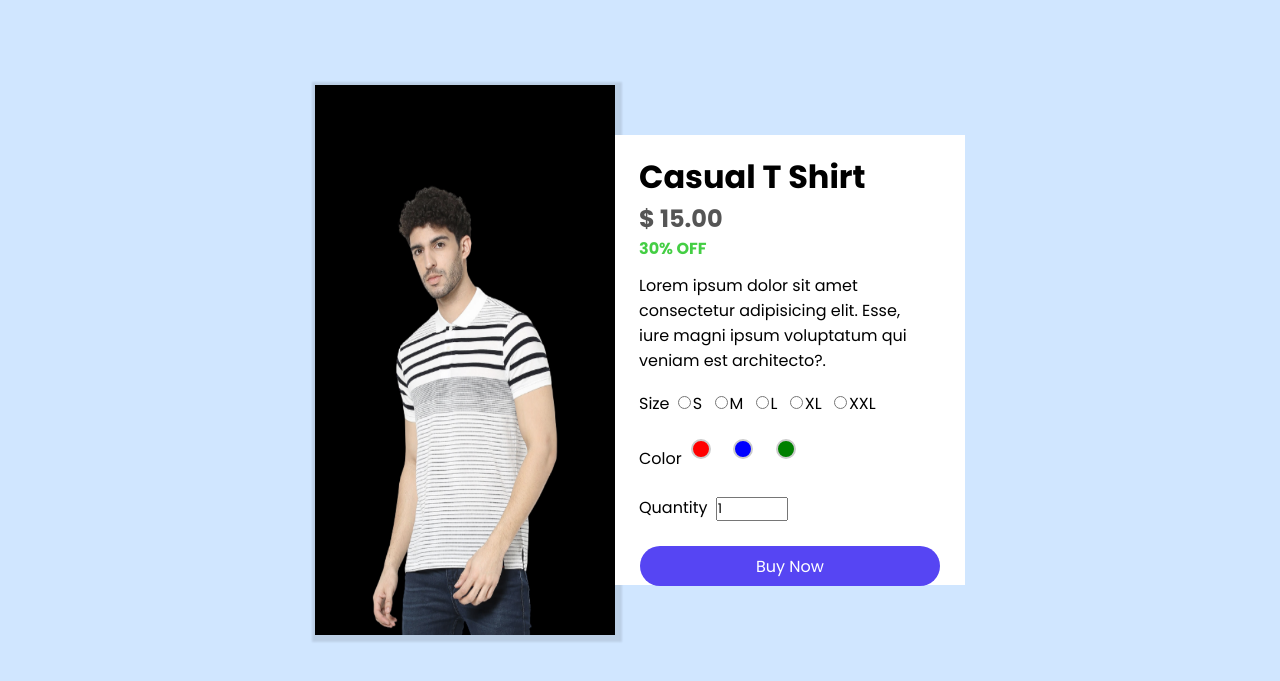
Repository: Ankitkr2021/Product-Page
Page: index.html
An editor plug-in stored every save of this project. The page is shown before and after the next save, followed by the edit.
The browser window is 1280 px wide. The pictures show the whole page.

Above is the page before, as saved 2025-10-25 14:41:18.

After the next save:
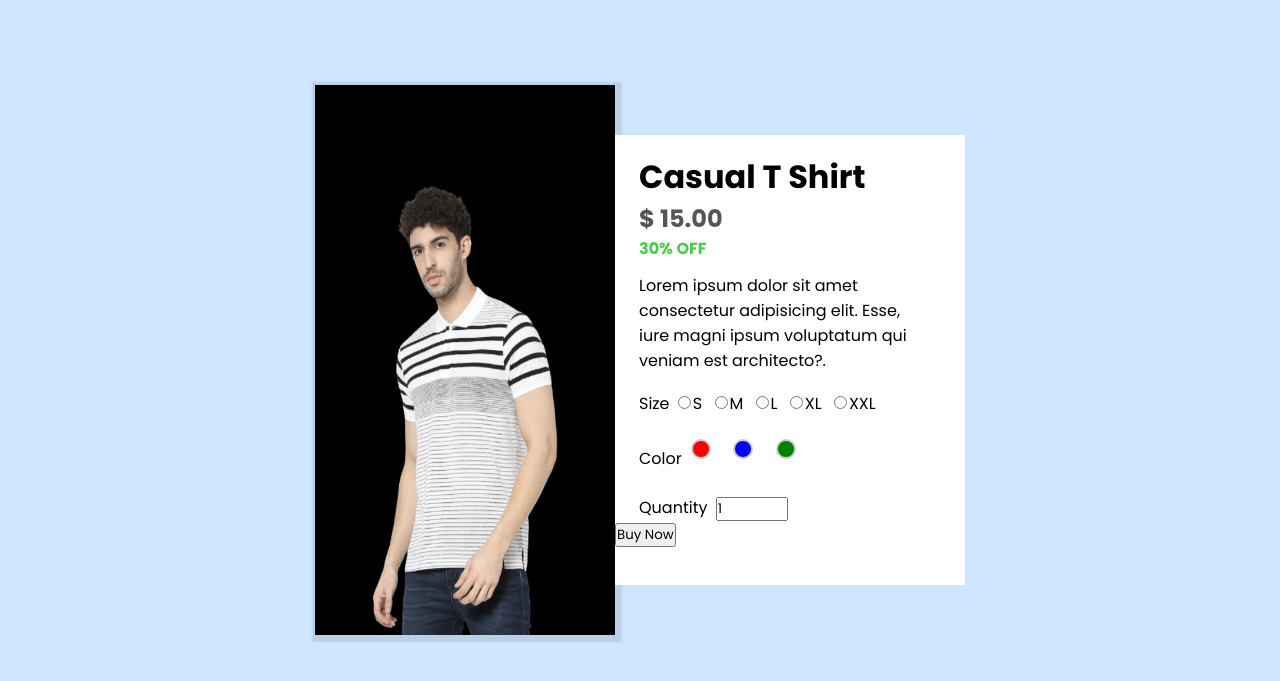
Saved 10 s later.
--- a/style.css
+++ b/style.css
@@ -106,6 +106,8 @@
     border-radius: 50%;
 }
 
+.quantity .
+
 button {
     display: flex;
     align-items: center;

After the save that followed:
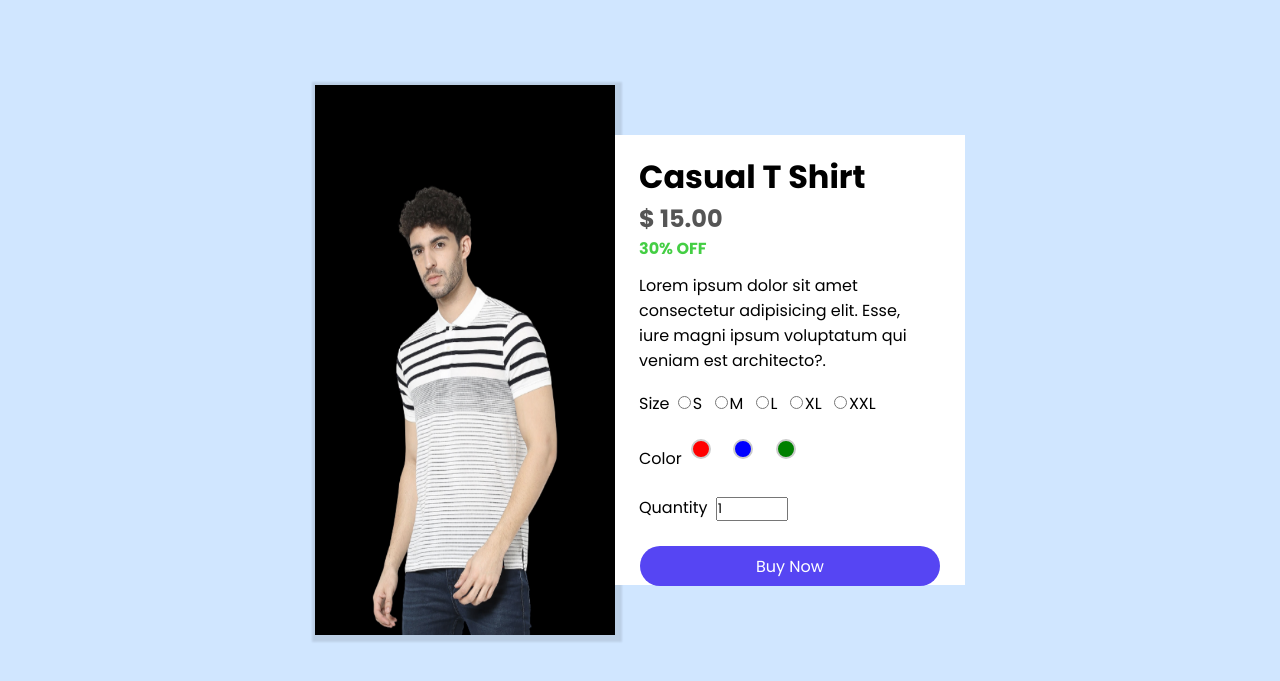
Saved 10 s later.
--- a/style.css
+++ b/style.css
@@ -103,10 +103,12 @@
 .quantity {
     padding: 14px 12px 0 24px;
     margin-top: 10px;
-    border-radius: 50%;
 }
 
-.quantity .
+  .quantity .input {
+  border-radius: 50%;
+
+}
 
 button {
     display: flex;
